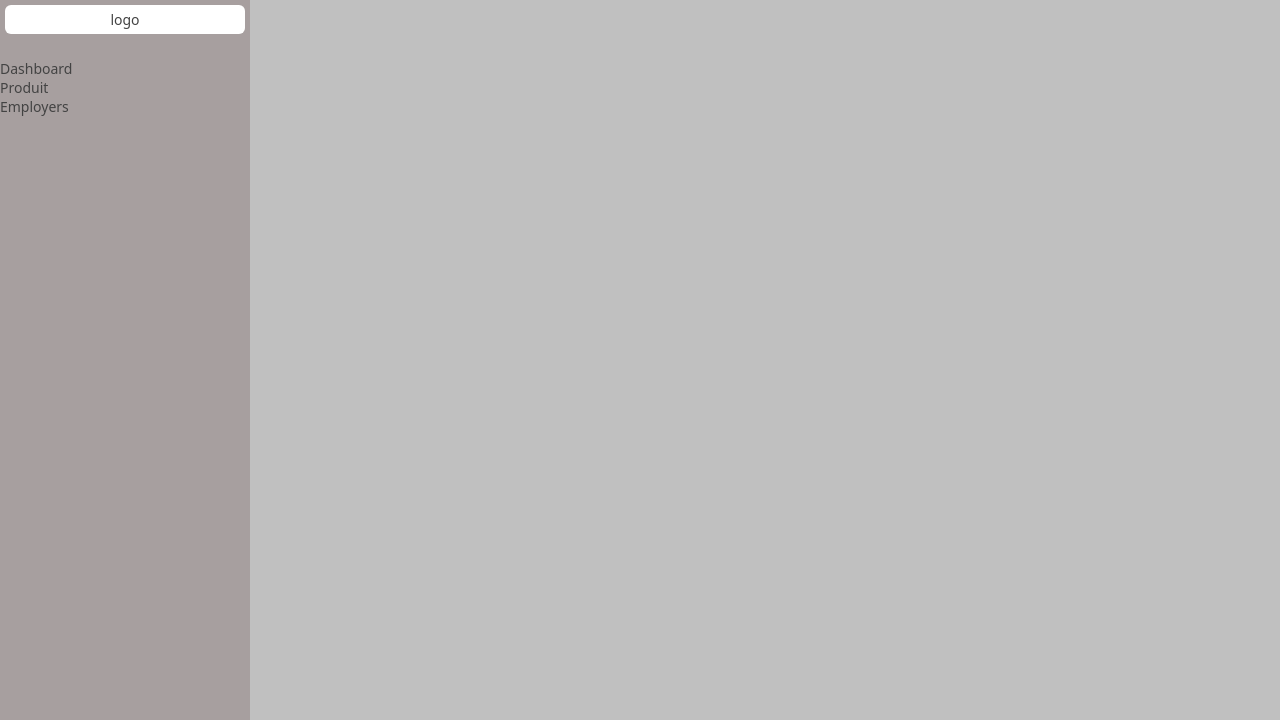
Repository: zpaulange/task_manager
Page: dashboard/index.html
These files come from the project's save history. The page is drawn as it stood at one moment and after the next save; the edit follows.
The browser window is 1280 px wide. The pictures show the whole page.

Above is the page before, as saved 2025-03-06 10:35:02.

### dashboard/index.html
<!DOCTYPE html>
<html lang="en">
<head>
    <meta charset="UTF-8">
    <meta name="viewport" content="width=device-width, initial-scale=1.0">
    <link rel="stylesheet" href="../assets/styles/dashboard/style.css">
    <title>Document</title>
</head>
<body>
  <section class="dashboard">
    <aside class="dashboard_left aside">
      <a href="#" class="aside_logo">logo</a>
      <ul class="aside_menu">
        <li class="aside_list"><a href="#">Dashboard</a></li>
        <li class="aside_list"><a href="#">Produit</a></li>
        <li class="aside_list"><a href="#">Employers</a></li>
      </ul>
    </aside>
    <div class="dashboard_right">
      <nav class="dashbaord_nav">
        <a href="#" class="dashbaord_nav_avatar">
          <span></span>
        </a>
      </nav>
      <main class="main">

      </main>
    </div>
  </section>

</body>
</html>

### assets/styles/dashboard/style.css
*{
  margin:0;
  padding:0;
  box-sizing: border-box;
  position:relative;
  font-family: system-ui, sans-serif;
  font-size: 14px;
  color:#434343;
}
body{
  overflow-x: hidden;
}
a{
  text-decoration: none;
}
a:active, a:hover{
  color:#434343;
}
img{
  width: 100%;
  height: auto;
}
ul li{
  list-style: none;
}

.dashboard{
  min-height: 100vh;
  background-color: silver;
}
.aside{
  width:250px;
  background-color: #a79f9f;
  height: 100vh;
  position: fixed;
  top:0;
  left:0;
  z-index: 10;
}
.aside_logo{
  display: block;
  text-align: center;
  padding:5px;
  background-color: #fff;
  margin:5px;
  border-radius:6px;
}
.aside_menu{
  margin-top: 25px;
}
.dashboard_right{
  padding-left: 250px;
  min-height: 100vh;
}

After the next save:
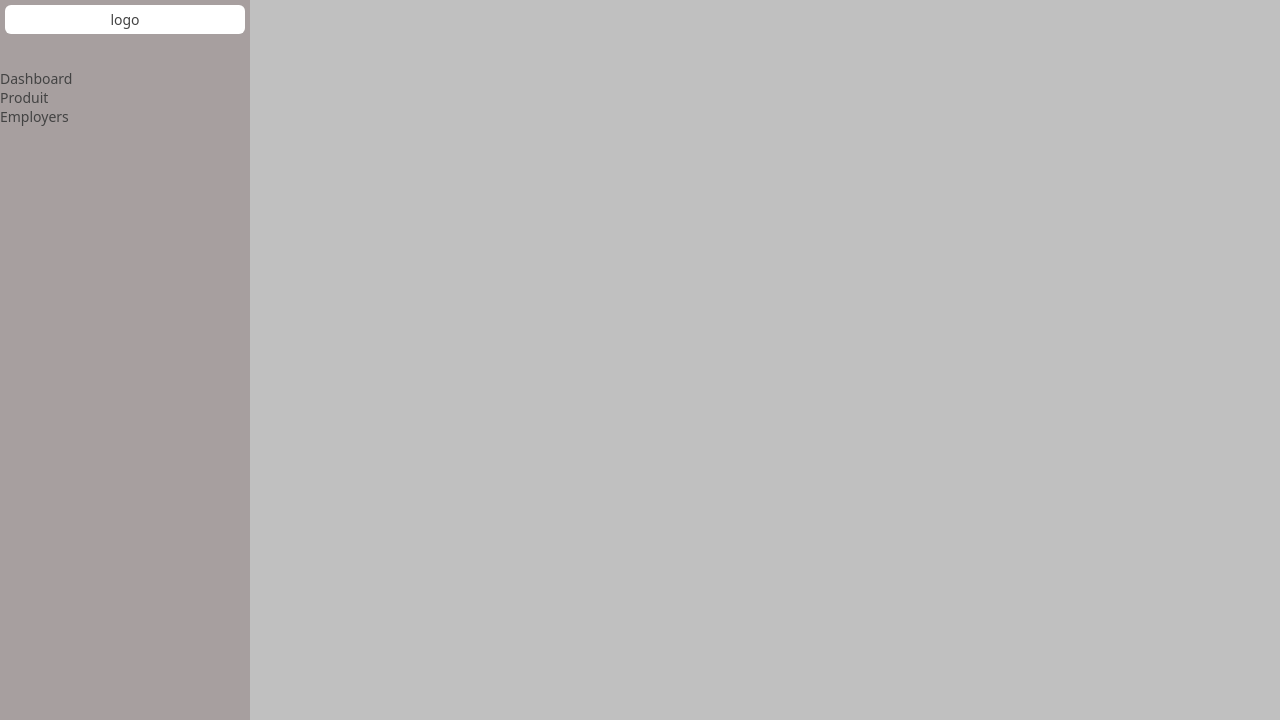
Saved 4 s later.
--- a/assets/styles/dashboard/style.css
+++ b/assets/styles/dashboard/style.css
@@ -46,7 +46,7 @@ ul li{
   border-radius:6px;
 }
 .aside_menu{
-  margin-top: 25px;
+  margin-top: 35px;
 }
 .dashboard_right{
   padding-left: 250px;
